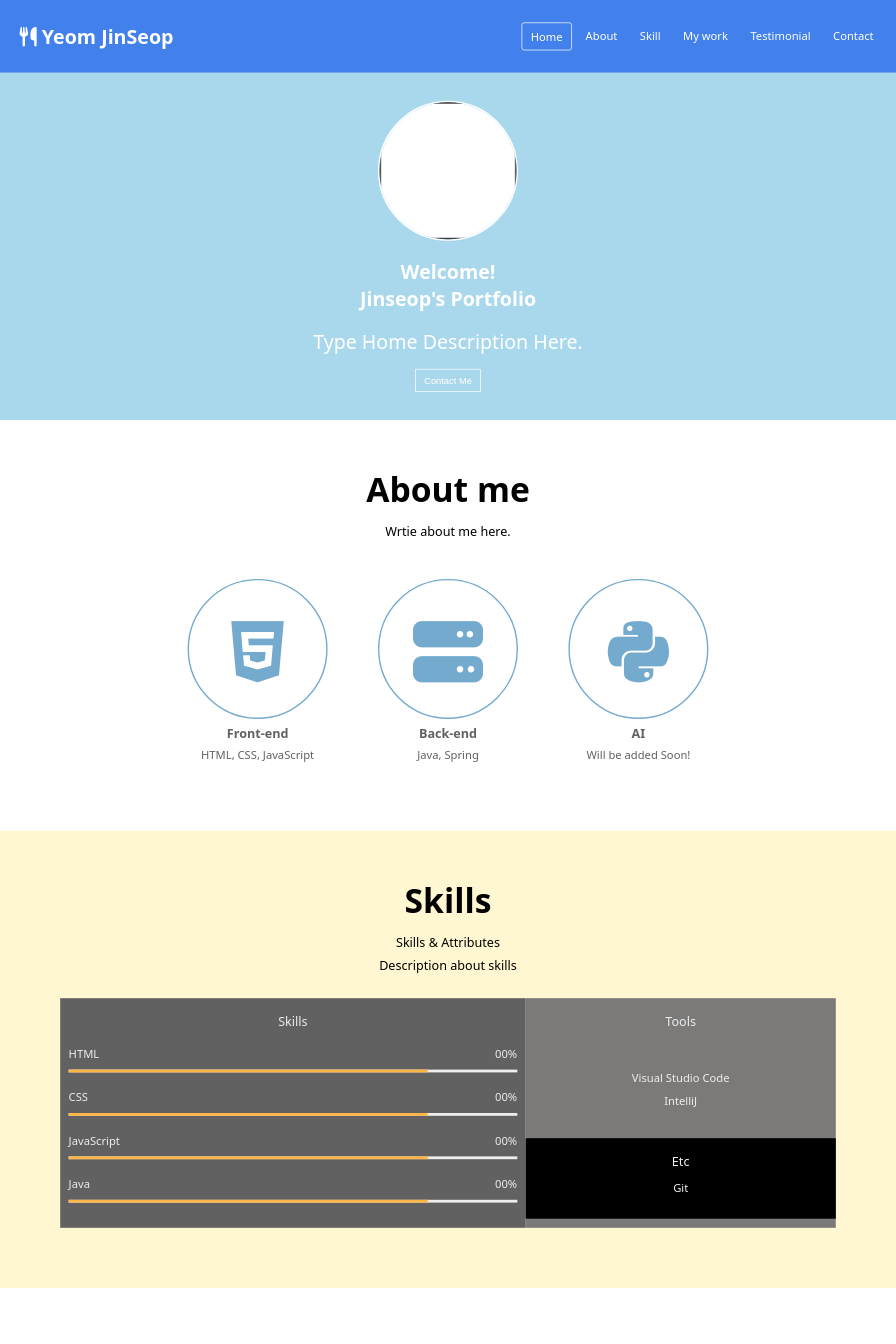
Repository: YEOMJINSEOP/yeomjinseop.github.io
Page: index.html
The author's editor kept a copy of each file at every save. The page is drawn from the files as they stood at one save, then again after the next save.
The browser window is 1280 px wide. The pictures show the part of the page from y = 0 to 1920 px (the page is 2748 px tall before and 2770 px after), at 70% of full size.
Some web libraries are served in a nearby version.

Above is the page before, as saved 2022-08-14 21:17:24.

After the next save:
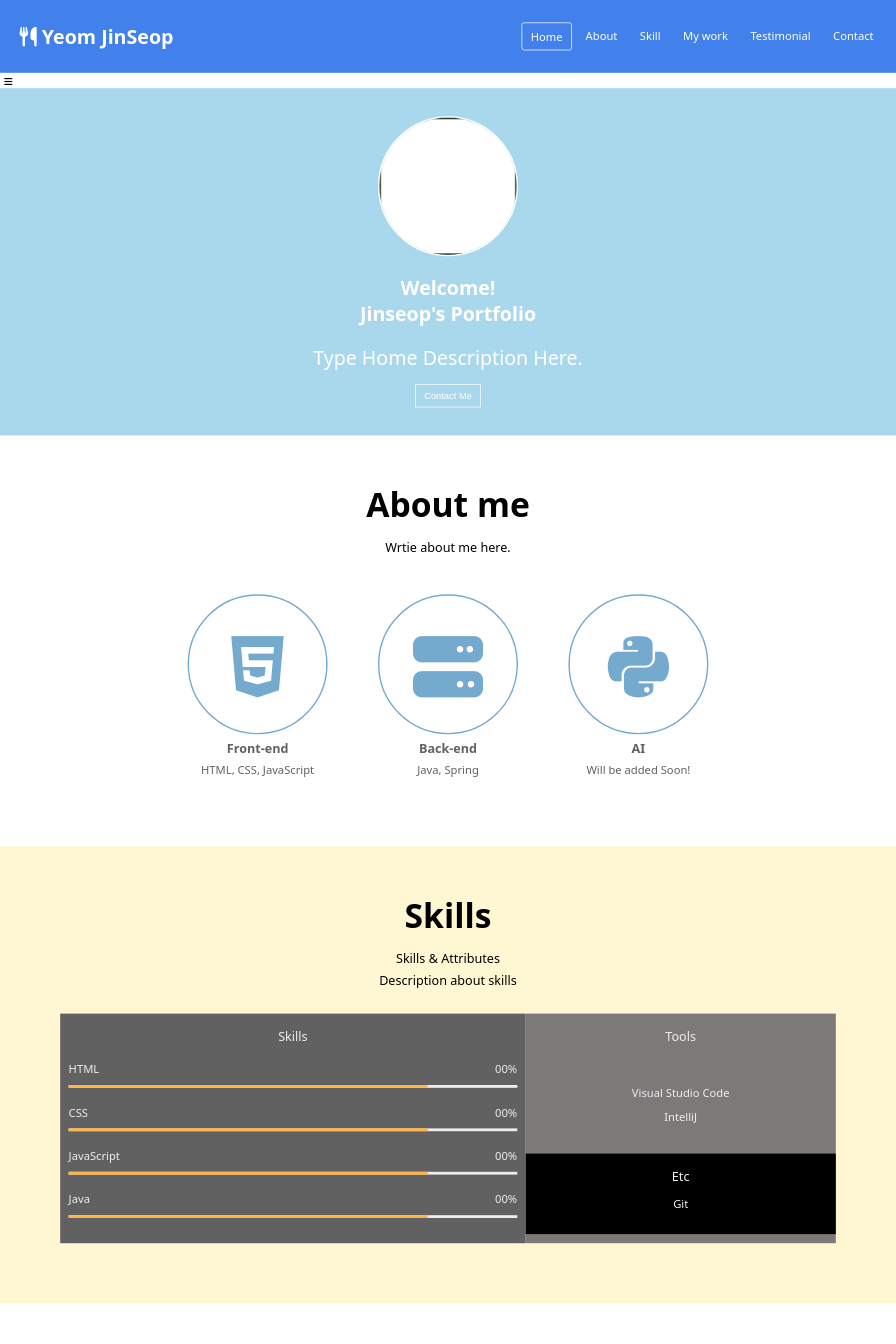
Saved 5 min 22 s later.
--- a/index.html
+++ b/index.html
@@ -45,6 +45,12 @@
       </ul>
     </div>
   </nav>
+
+  <!-- Toggle button -->
+  <button class="toggle_button">
+    <i class="fa-solid fa-bars"></i>
+  </button>
+
 
   <!-- Home -->
   <section id="home" class="section">

After the save that followed:
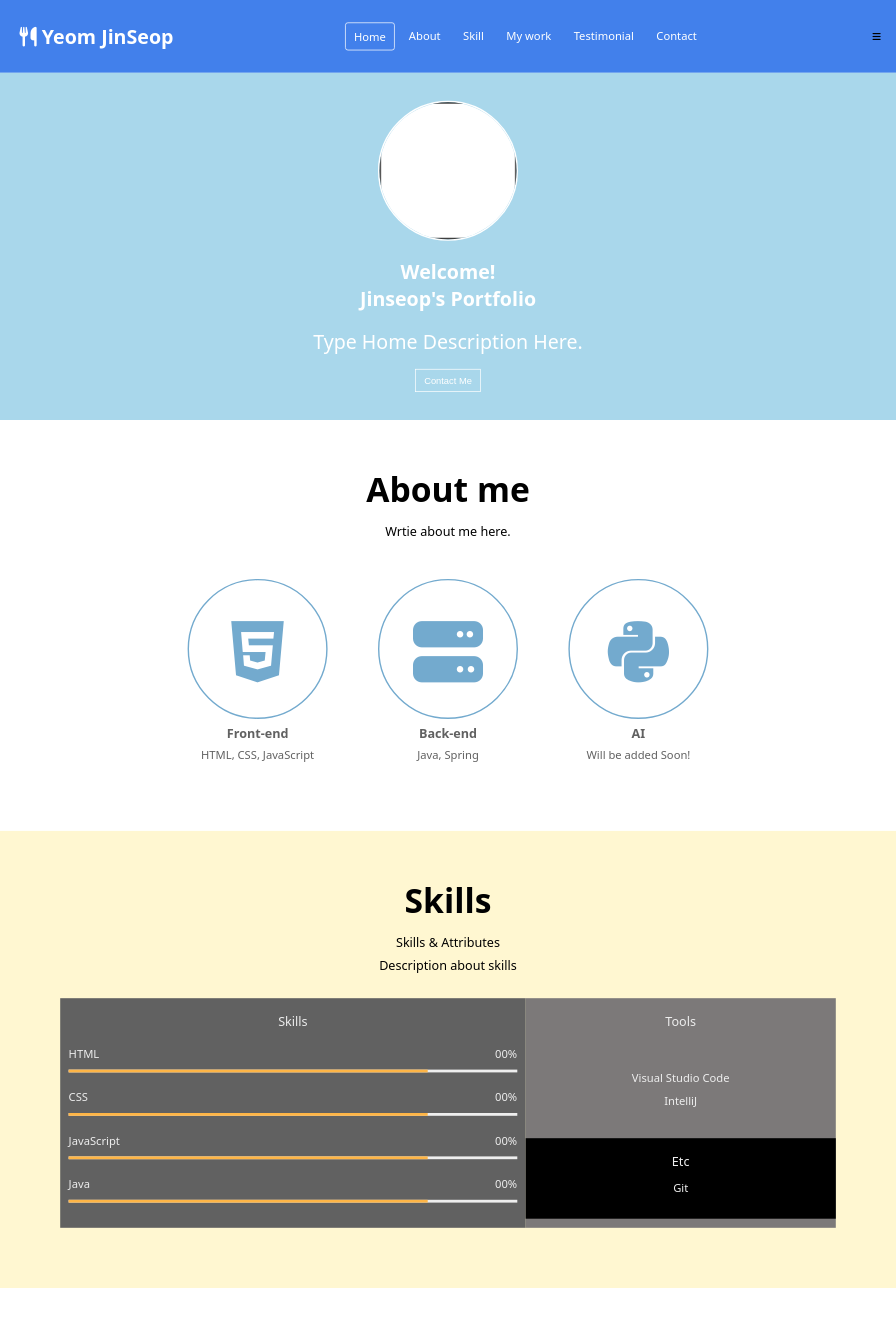
Saved 52 s later.
--- a/index.html
+++ b/index.html
@@ -44,12 +44,13 @@
         <li class="navbar__menu__item">Contact</li>
       </ul>
     </div>
-  </nav>
-
-  <!-- Toggle button -->
+
+      <!-- Toggle button -->
   <button class="toggle_button">
     <i class="fa-solid fa-bars"></i>
   </button>
+  </nav>
+
 
 
   <!-- Home -->
